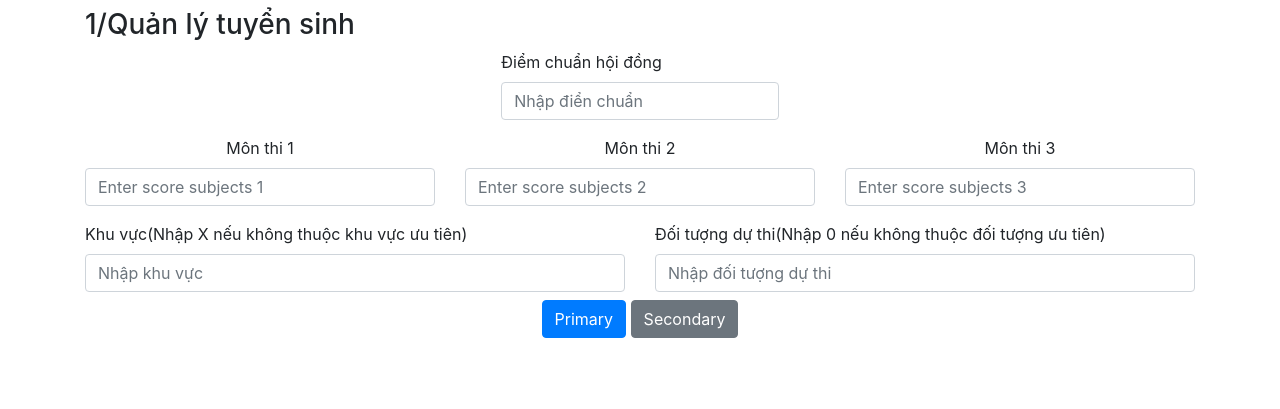
Repository: baobaodeveloper/bootcamp21__jsbasic4_HuynhAnhBao
Page: index.html
An editor plug-in stored every save of this project. The page is shown before and after the next save, followed by the edit.
The browser window is 1280 px wide. The pictures show the whole page.

Above is the page before, as saved 2022-03-13 17:45:16.

After the next save:
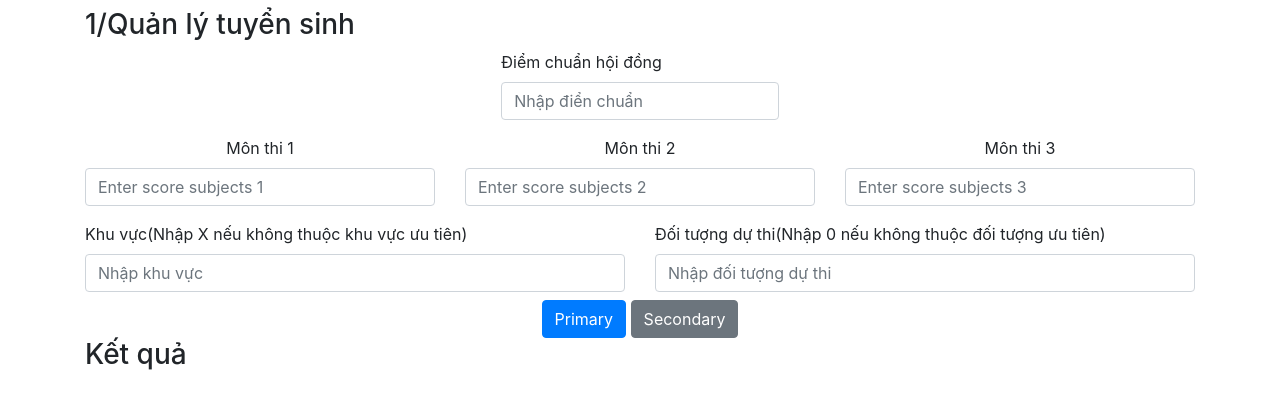
Saved 17 s later.
--- a/index.html
+++ b/index.html
@@ -84,6 +84,8 @@
         <button type="button" class="btn btn-primary">Primary</button>
         <button type="button" class="btn btn-secondary">Secondary</button>
       </div>
+
+      <h3>Kết quả</h3>
     </div>
     <!-- Optional JavaScript -->
     <!-- jQuery first, then Popper.js, then Bootstrap JS -->
